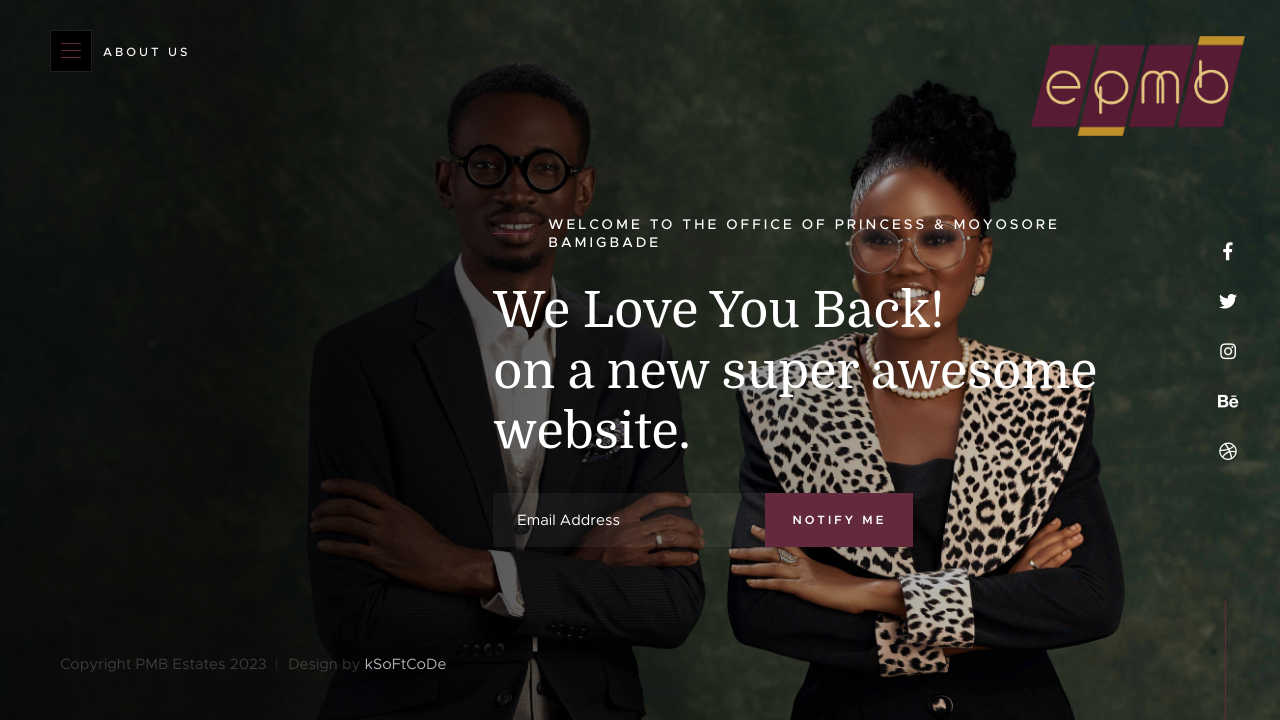
Repository: Ksoftcode/PMB
Page: index.html
The author's editor kept a copy of each file at every save. The page is drawn from the files as they stood at one save, then again after the next save.
The browser window is 1280 px wide. The pictures show the whole page.

Above is the page before, as saved 2023-03-27 13:17:05.

After the next save:
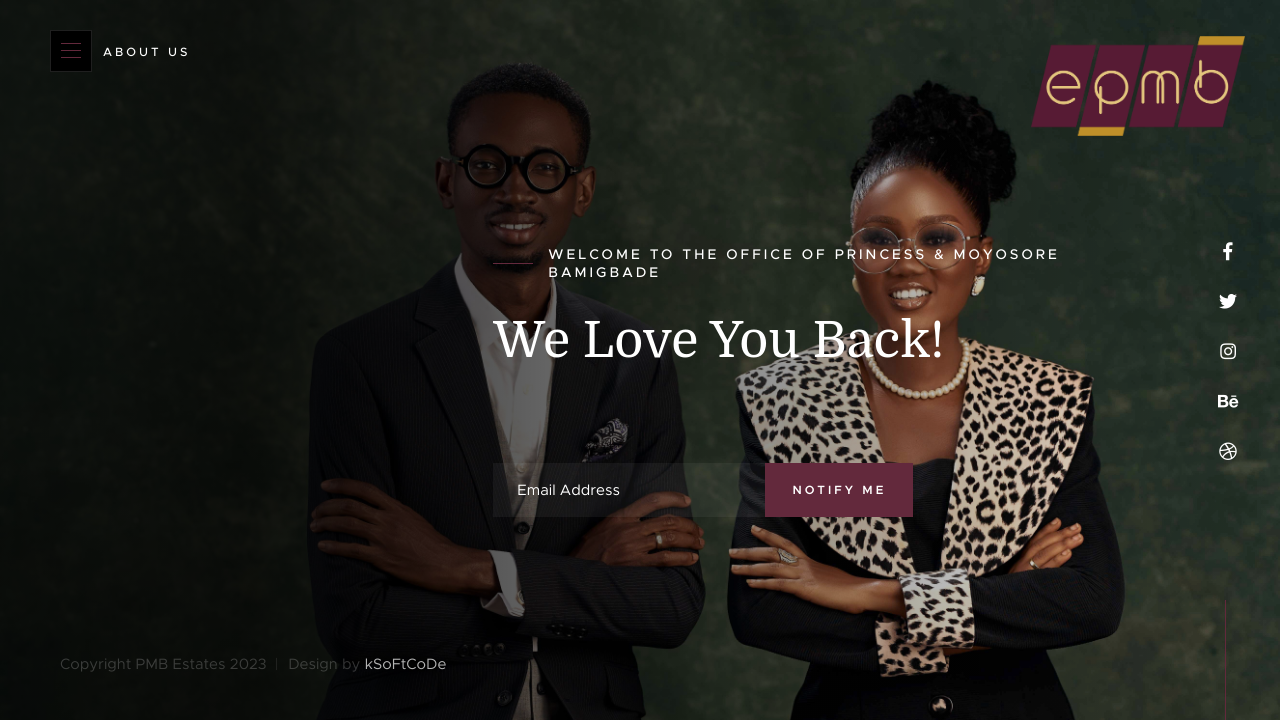
Saved 17 s later.
--- a/index.html
+++ b/index.html
@@ -54,7 +54,7 @@
 
                     <h1>
                         We Love You Back! <br>
-                    on a new super awesome <br> website.
+                     <br>
                     </h1>
 
                     <!-- <p>
